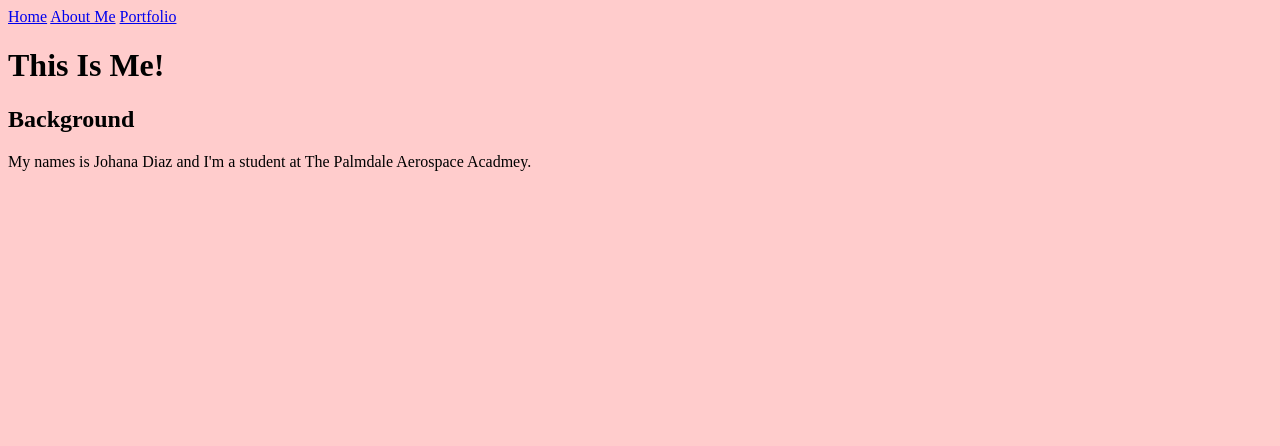
Repository: JDiaz463/JDiaz463.github.io
Page: my_website/aboutme.html
The author's editor kept a record of every edit. The page is drawn from the files as they stood at one moment, then again after the next edit.
The browser window is 1280 px wide. The pictures show the whole page.

Above is the page before.

After the next edit:
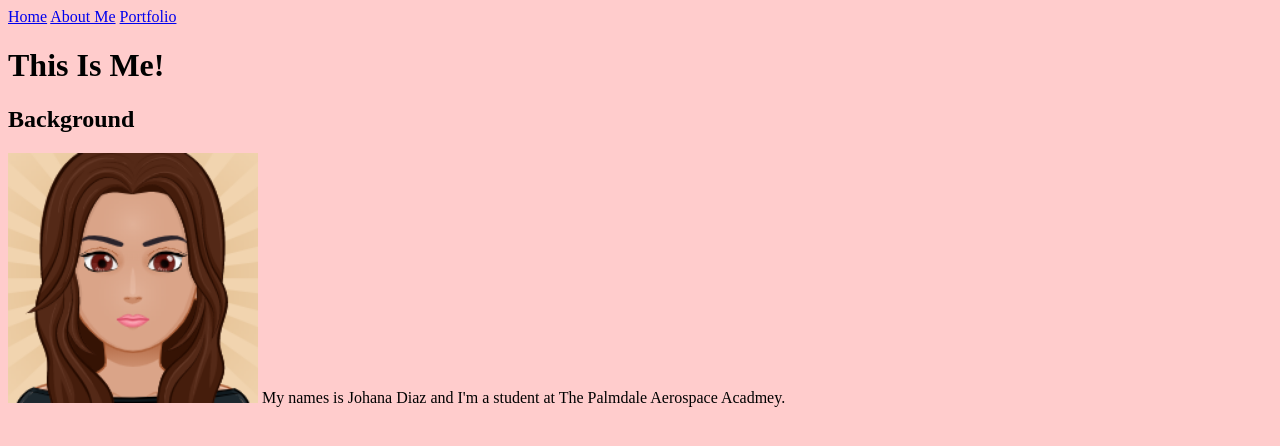
The edit:
--- a/my_website/aboutme.html
+++ b/my_website/aboutme.html
@@ -11,6 +11,7 @@
     <a href="portfolio.html">Portfolio</a>
     <h1>This Is Me!</h1>
    <h2>Background</h2>
+   <img src="images/myAvatar.png" height="250">
     <p1> My names is Johana Diaz and I'm a student at The Palmdale
         Aerospace Acadmey.</p1>
 	  </body>
